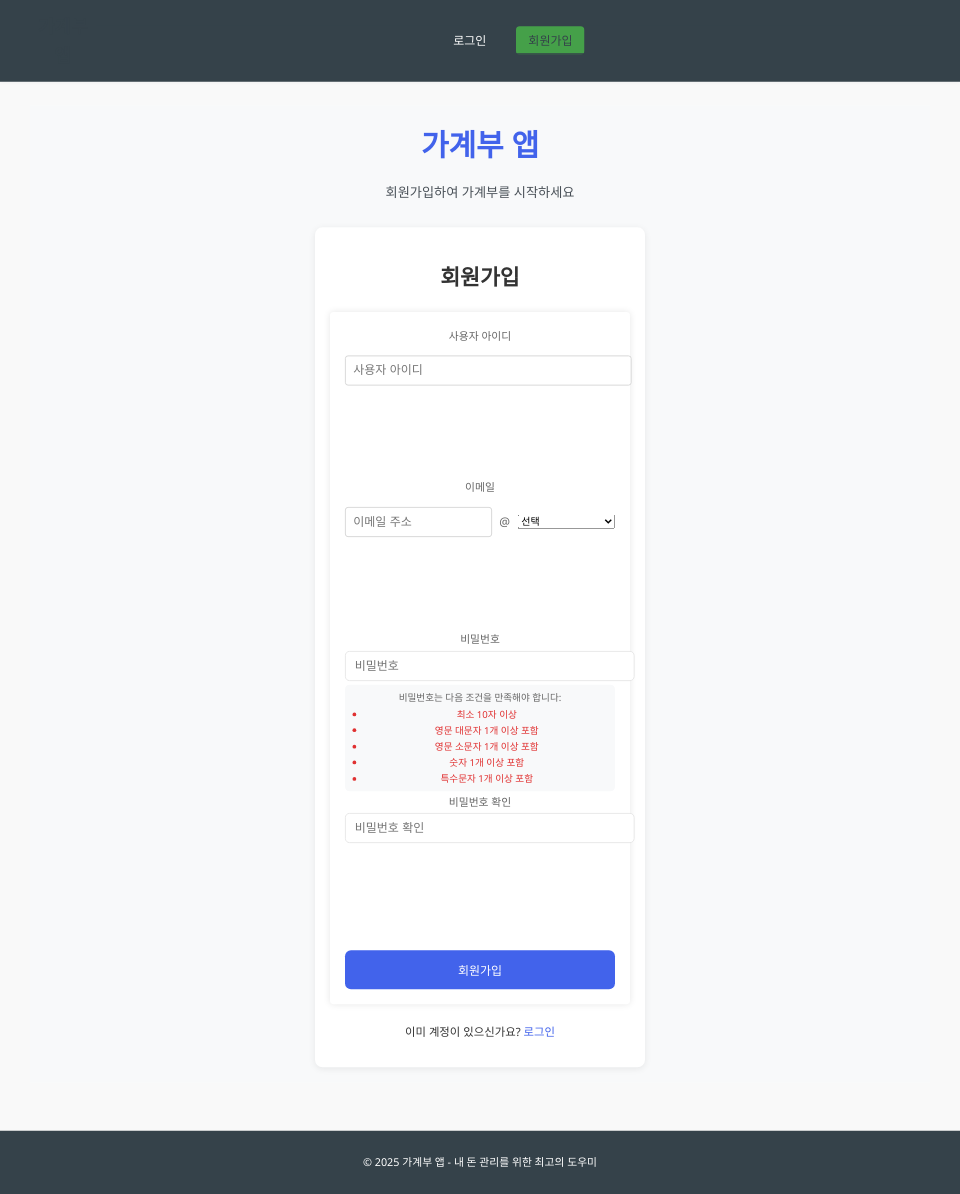
Repository: dldnwls07/Register_Login_Form
Page: /register
An editor plug-in stored every save of this project. The page is shown before and after the next save, followed by the edit.
The browser window is 1280 px wide. The pictures show the whole page, at 75% of full size.
The project was rebuilt for these pictures with package versions that can differ from the ones it lists, and the page was loaded fresh each time. Also part of the build but not shown: src/components/Summary.jsx, src/styles/pages/MainPage.css, src/pages/MainPage.jsx, src/utils/categoryData.js, src/components/CategorySelector.jsx, src/components/EntryForm.jsx, src/components/EntryTable.jsx, src/components/SearchBar.jsx and 15 more.

Above is the page before, as saved 2025-05-23 14:12:23.

After the next save:
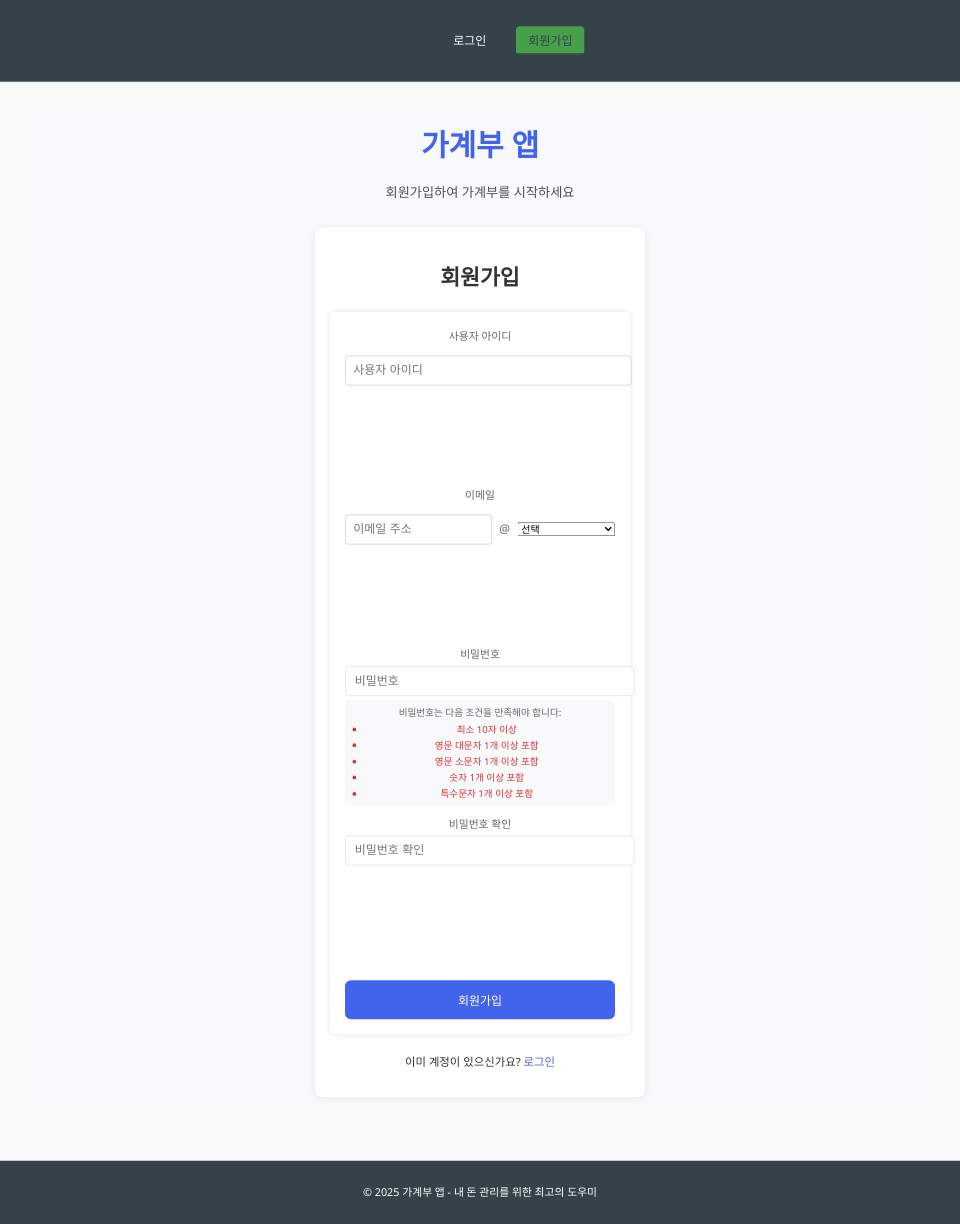
Saved 7 s later.
--- a/src/styles/components/AuthForm.css
+++ b/src/styles/components/AuthForm.css
@@ -20,7 +20,7 @@
 .auth-form {
   display: flex;
   flex-direction: column;
-  gap: 0px;
+  gap: 10px;
 }
 
 .form-group {

After the save that followed:
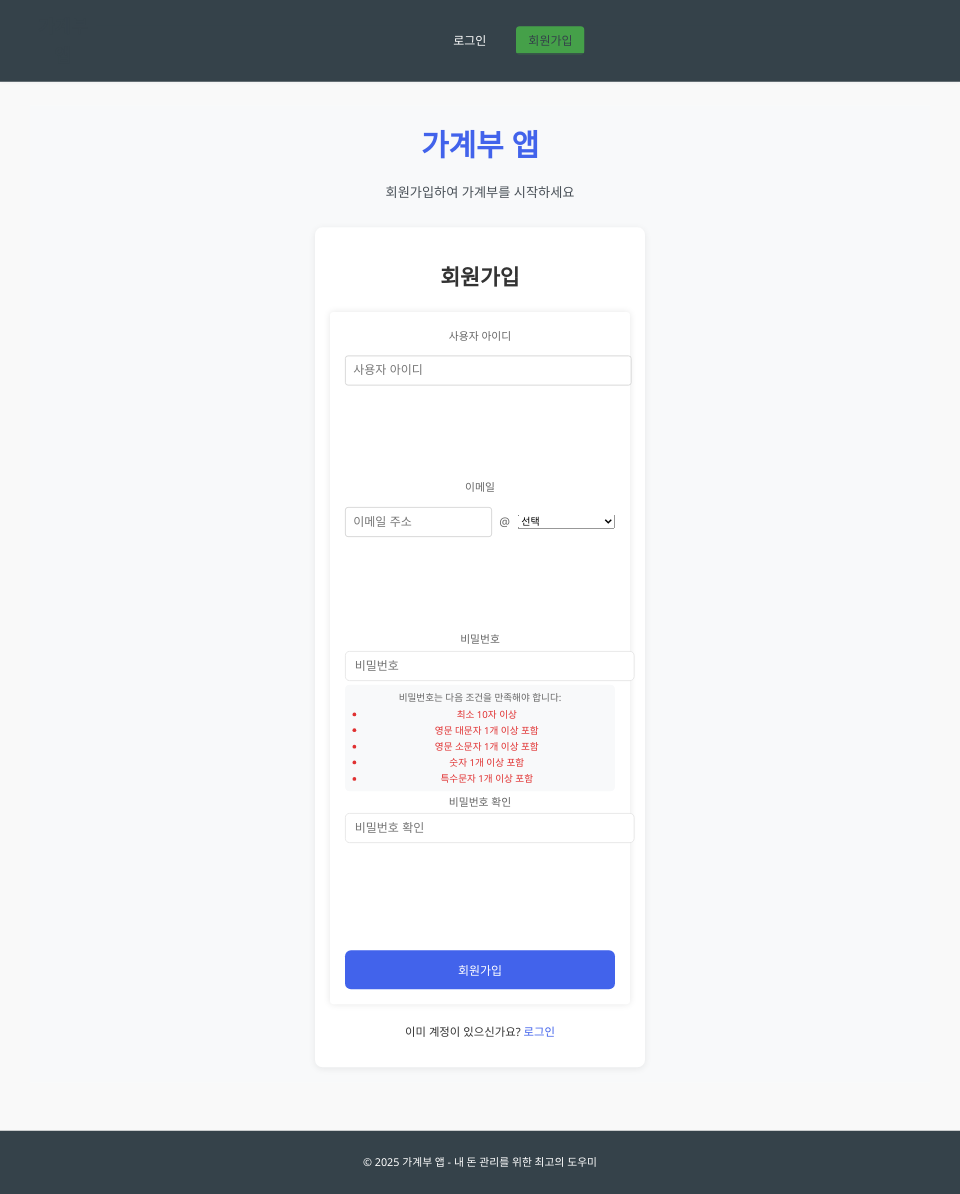
Saved 6 s later.
--- a/src/styles/components/AuthForm.css
+++ b/src/styles/components/AuthForm.css
@@ -20,7 +20,7 @@
 .auth-form {
   display: flex;
   flex-direction: column;
-  gap: 10px;
+  gap: -10px;
 }
 
 .form-group {
